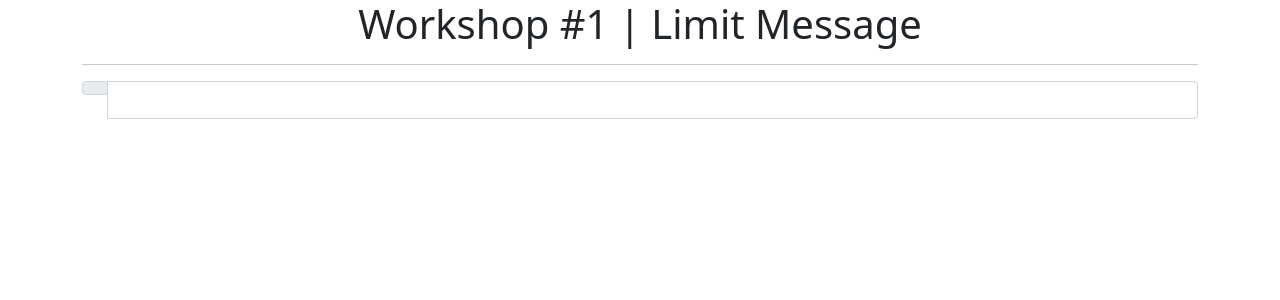
Repository: sawankapatu/vue-cli
Page: /
These files come from the project's save history. The page is drawn as it stood at one moment and after the next save; the edit follows.
The browser window is 1280 px wide. The pictures show the whole page.
The project was rebuilt for these pictures with package versions that can differ from the ones it lists, and the page was loaded fresh each time.

Above is the page before, as saved 2021-11-01 22:42:31.

### src/App.vue
<template>
  <div id="app">
    <div class="container">
      <h1 align="center">Workshop #1 | Limit Message</h1>
      <hr>
      <div class="input-group">
        <div class="input-group-prepend">
          <span class="input-group-text"></span>
        </div>
        <input type="text" class="form-control">
      </div>
    </div>
  </div>
</template>

<script>
export default {
  name: 'App',
}
</script>

Loaded but not shown: public/index.html (common file); src/main.js (common file)

After the next save:
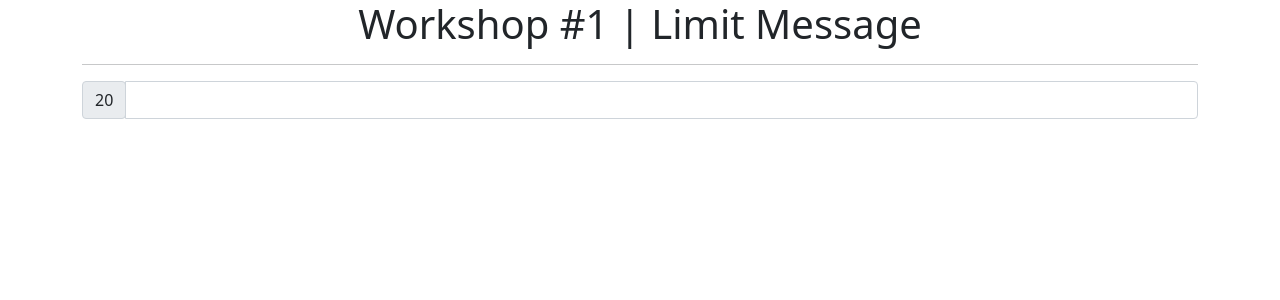
Saved 10 s later.
--- a/src/App.vue
+++ b/src/App.vue
@@ -5,7 +5,7 @@
       <hr>
       <div class="input-group">
         <div class="input-group-prepend">
-          <span class="input-group-text"></span>
+          <span class="input-group-text">20</span>
         </div>
         <input type="text" class="form-control">
       </div>
